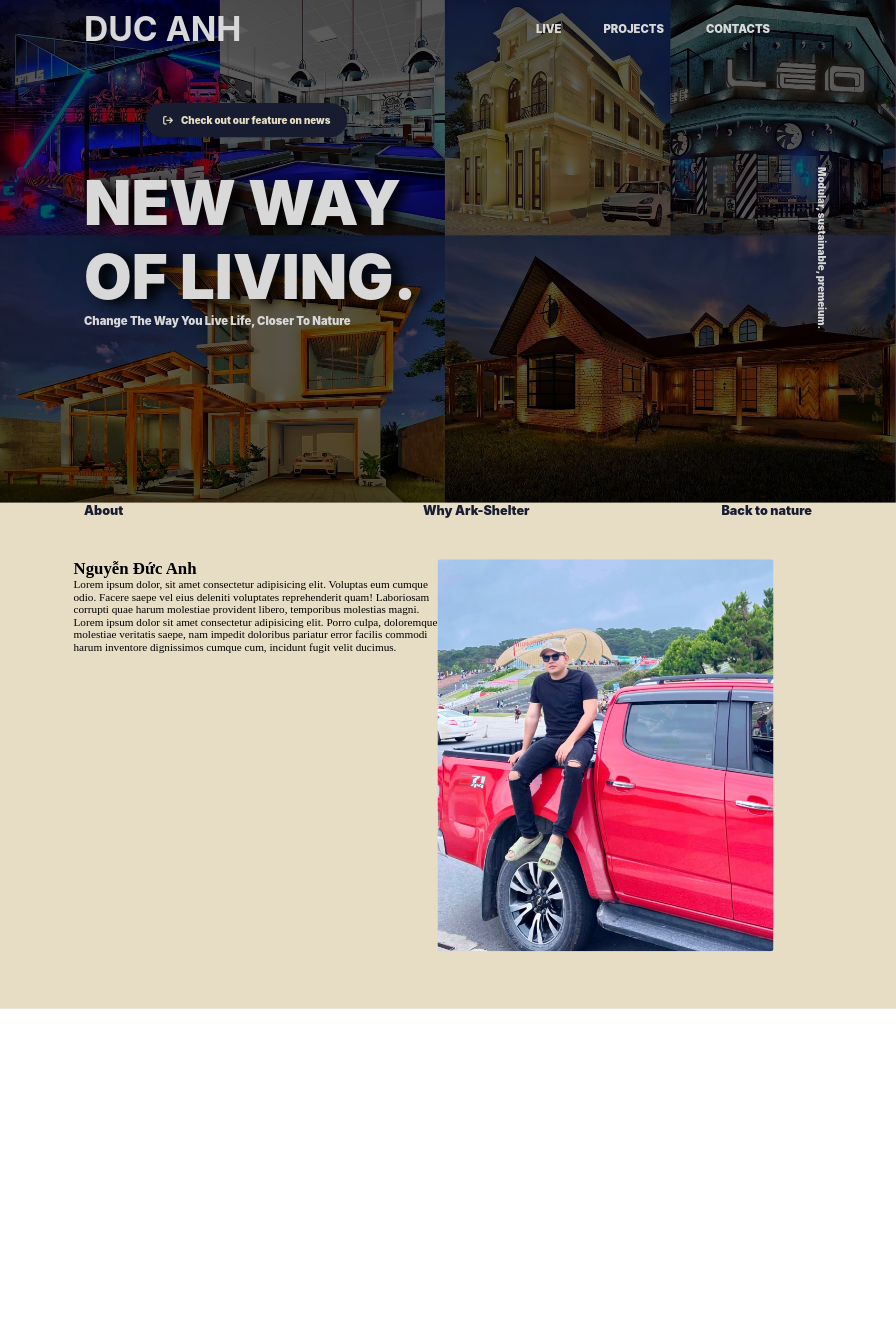
Repository: Ethanxcode/DucAnhNguyen
Page: index.html
These files come from the project's save history. The page is drawn as it stood at one moment and after the next save; the edit follows.
The browser window is 1280 px wide. The pictures show the part of the page from y = 0 to 1920 px (the page is 10000 px tall), at 70% of full size.

Above is the page before, as saved 2023-01-14 01:54:11.

### index.html
<!DOCTYPE html>
<html lang="en">
	<head>
		<meta charset="UTF-8" />
		<meta http-equiv="X-UA-Compatible" content="IE=edge" />
		<meta name="viewport" content="width=device-width, initial-scale=1.0" />
		<link rel="stylesheet" href="./style.css" />
		<link
			rel="stylesheet"
			href="https://cdnjs.cloudflare.com/ajax/libs/font-awesome/6.2.1/css/all.min.css"
		/>
		<!-- <link rel="stylesheet" type="text/css" href="/css/fonts.css" /> -->
		<title>DucAnhNguyen</title>
	</head>
	<body>
		<div id="root">
			<section class="container bgimage header">
				<div
					class="bg-image-holder"
					style="
						background-image: url(./Assets/241194850_2108411145980762_7904081432669109629_n.jpg);
					"
				></div>
				<nav class="navigation content-above">
					<ul class="headerMenu">
						<li>
							<a href=""><h2 class="textLogo">Duc Anh</h2></a>
						</li>
						<li class="subHeaderMenu">
							<ul>
								<li>
									<a href="#" class="inter-black-iron-16px">Live</a>
								</li>
								<li>
									<a href="#" class="inter-black-iron-16px">Projects</a>
								</li>
								<li>
									<a href="#" class="inter-black-iron-16px">Contacts</a>
								</li>
							</ul>
						</li>
					</ul>
				</nav>
				<nav class="heroSubNavigation">
					<button class="btn inter-black-almod-16px" style="margin-left: 88px">
						<i class="icon-margin-8px fa-solid fa-arrow-right-from-bracket"></i>
						Check out our feature on news
					</button>
					<h1 class="heroTitle">
						New way <br />
						of living.
					</h1>
					<p class="inter-black-iron-16px" style="text-transform: capitalize">
						change the way you live life, closer to nature
					</p>
					<p class="childrenSubNav">Modular, sustainable, premeium.</p>
				</nav>
			</section>

			<section class="AboutSection container content-above">
				<header class="HeaderSection">
					<ul class="HeaderSectionMenu">
						<li>
							<h4 class="inter-black-eerie-black-18px">About</h4>
						</li>
						<ul class="subSectionMenu">
							<li>
								<h4 class="inter-black-eerie-black-18px">Why Ark-Shelter</h4>
							</li>
							<li>
								<h4 class="inter-black-eerie-black-18px">Back to nature</h4>
							</li>
						</ul>
					</ul>
				</header>
				<div class="row Aboutcontent">
					<div class="col-half">
						<h1>Nguyễn Đức Anh</h1>
						<p>
							Lorem ipsum dolor, sit amet consectetur adipisicing elit. Voluptas
							eum cumque odio. Facere saepe vel eius deleniti voluptates
							reprehenderit quam! Laboriosam corrupti quae harum molestiae
							provident libero, temporibus molestias magni. Lorem ipsum dolor
							sit amet consectetur adipisicing elit. Porro culpa, doloremque
							molestiae veritatis saepe, nam impedit doloribus pariatur error
							facilis commodi harum inventore dignissimos cumque cum, incidunt
							fugit velit ducimus.
						</p>
					</div>
					<div class="col-half">
						<img
							src="./Assets/P1.jpg"
							alt=""
							style="
								height: 560px;
								width: 480px;
								object-fit: cover;
								border-radius: 4px;
							"
						/>
					</div>
				</div>
			</section>
		</div>
	</body>
</html>

### style.css
* {
	padding: 0;
	margin: 0;
	box-sizing: border-box;
}

html {
	height: 10000px;
}

:root {
	--custom-color-one: rgb(32, 45, 99, 01);
	--custom-color-two: rgb(232, 198, 113);
	--black: rgba(0, 0, 0, 1);
	--mirage: rgba(23, 28, 48, 1);
	--eerie-black: rgba(24, 29, 49, 1);
	--tundora-2: rgba(67, 66, 66, 0.8);
	--tundora: rgba(67, 66, 66, 0.8);
	--pablo: rgba(120, 113, 108, 1);
	--iron: rgba(216, 216, 216, 1);
	--almod: rgba(230, 221, 196, 1);

	--font-size-xxs: 16px;
	--font-size-xs: 22px;
	--font-size-s: 24px;
	--font-size-m: 28px;
	--font-size-l: 32px;
	--font-size-xl: 36px;
	--font-size-xxl: 48px;
	--font-size-xxxl: 128px;

	--font-family-inter: 'Inter';
	--font-family-roboto: 'Roboto';
}

.root {
	max-width: 1920px;
	max-height: 10000px;
}

.col {
	float: left;
	padding-left: 8px;
	padding-right: 8px;
}

.col-third {
	width: 33.33333%;
}

.col-half {
	width: 50%;
}

.col-full {
	width: 100%;
}

.col-sm-12 {
	position: relative;
	width: 100%;
	padding-right: 15px;
	padding-left: 15px;
}

.mt-8 {
	margin-top: 8px;
}

.mt-16 {
	margin-top: 16px;
}

.mt-32 {
	margin-top: 32px;
}

.row {
	display: flex;
	flex-wrap: wrap;
	width: 100%;
	margin-right: -15px;
	margin-left: -15px;
}

.first-sub-row {
	width: 100%;
	/* padding: 0 15px; */
	margin: 0 auto;
	flex: wrap;
	display: flex;
}

.second-sub-row {
	width: 100% !important;
	/* padding: 0 15px; */
	margin: 0 auto;
	justify-content: space-between;
}

/* Classes */
.inter-black-iron-16px {
	color: var(--iron);
	font-family: var(--font-family-inter);
	font-size: var(--font-size-xxs);
	font-weight: 900;
	font-style: normal;
	text-transform: uppercase;
	user-select: none;
}

.inter-black-iron-24px {
	color: var(--iron);
	font-family: var(--font-family-inter);
	font-size: var(--font-size-s);
	font-weight: 900;
	font-style: normal;
	user-select: none;
}

.inter-black-eerie-black-24px {
	color: var(--eerie-black);
	font-family: var(--font-family-inter);
	font-size: var(--font-size-s);
	font-weight: 900;
	font-style: normal;
}
.inter-black-eerie-black-18px {
	color: var(--eerie-black);
	font-family: var(--font-family-inter);
	font-size: 18px;
	font-weight: 900;
	font-style: normal;
}

.inter-black-eerie-black-16px {
	color: var(--eerie-black);
	font-family: var(--font-family-inter);
	font-size: 16px;
	font-weight: 900;
	font-style: normal;
}

.inter-medium-black-24px {
	color: var(--black);
	font-family: var(--font-family-inter);
	font-size: var(--font-size-s);
	font-weight: 500;
	font-style: normal;
}

.inter-medium-black-32px {
	color: var(--black);
	font-family: var(--font-family-inter);
	font-size: var(--font-size-l);
	font-weight: 500;
	font-style: normal;
}

.inter-medium-tundora-28px {
	color: var(--tundora);
	font-family: var(--font-family-roboto);
	font-size: var(--font-size-m);
	font-weight: 500;
	font-style: normal;
}

.inter-medium-tundora-28px-2 {
	color: var(--tundora-2);
	font-family: var(--font-family-inter);
	font-size: var(--font-size-m);
	font-weight: 500;
	font-style: normal;
}

.inter-medium-tundora-28px-2 {
	color: var(--tundora);
	font-family: var(--font-family-inter);
	font-size: var(--font-size-m);
	font-weight: 500;
	font-style: normal;
}

.btn {
	text-decoration: none;
	padding: 16px 24px;
	margin: 0;
	background-color: var(--mirage);
	color: var(--almod);
	font-weight: 500;
	display: inline-block;
	box-shadow: 0 4px 30px rgb(0 0 0 / 10%);
	transition: 0.3s ease;
	border: none;
	/* position: relative; */
	text-align: center;
	border-radius: 100px;
	font-family: var(--font-family-inter);
	font-size: 14px;
	font-weight: 900;
	font-style: normal;
}
.icon-margin-8px {
	margin-right: 8px;
}
.btn:hover {
	background-color: rgba(11, 16, 41, 0.85);
	color: rgb(233, 200, 117);
	cursor: pointer;
}

.btn:hover:before {
	opacity: 0.07;
	visibility: visible;
}

.btn:hover {
	/* color: #212529; */
	text-decoration: none;
}

.btn--xs {
	line-height: 42px;
	padding: 0 19px;
	font-size: 15px;
	margin: 0px 8px;
}

.btn--news-xs {
	line-height: 36px;
	padding: 6px 20px;
	font-size: 15px;
}

.btn--news-xs > a {
	line-height: 36px;
	/* padding: 4px 16px; */
	font-size: 20px;
	color: #fff;
	font-weight: 400;
}

.news-btn {
	margin-top: 16px;
}

.btn-form--xs {
	line-height: 36px;
	padding: 0 19px;
	font-size: 15px;
}

.btn--lg,
.btn-lg {
	line-height: 55px;
	font-size: 16px;
	min-width: 195px;
}

.heroTitle {
	color: var(--iron);
	font-family: var(--font-family-inter);
	font-size: 88px;
	font-weight: 900;
	letter-spacing: 0;
	line-height: normal;
	margin-top: 40px;
	min-height: 150px;
	text-transform: uppercase;
	/* width: 752px; */
	text-shadow: 14px 4px 16px #000;
	user-select: none;
}

.textLogo {
	text-transform: uppercase;
	color: var(--iron);
	font-family: var(--font-family-inter);
	font-size: var(--font-size-xxl);
	font-weight: 900px;
	letter-spacing: 0;
	line-height: normal;
	/* min-height: 94px; */
	/* min-width: 334px; */
	user-select: none;
}

.container {
	width: 100%;
	padding-right: 120px;
	padding-left: 120px;
	margin-right: auto;
	margin-left: auto;
}

.content-above {
	position: relative;
	z-index: 2;
	user-select: none;
}

.bg-image-holder {
	position: absolute;
	height: 100%;
	width: 100%;
	top: 0;
	left: 0;
	background-size: cover;
	/* background-position: 50% 50% !important; */
	z-index: 0;
	filter: brightness(36%) contrast(100%) saturate(180%);
	box-shadow: inset 0px -36px 100px rgba(0, 0, 0, 0.25);
	-webkit-backdrop-filter: brightness(36%) contrast(100%) saturate(180%);
	/* scale: (5px); */
	/* -webkit-transition: opacity 0.3s linear; */
}

.navigation {
	margin-bottom: 64px;
}

.heroSubNavigation {
	width: 100%;
	position: relative;
}

/* .navigation .subNavigation {
	display: table;
	vertical-align: middle;
	text-align: center;
	width: 100%;
	height: 100%;
} */

.childrenSubNav {
	color: var(--iron);
	font-family: var(--font-family-inter);
	font-size: 14px;
	font-weight: 900;
	position: absolute;
	/* margin-bottom: 61px; */
	margin-right: -130px;
	/* min-height: 27px; */
	/* min-width: 360px; */
	transform: rotate(90deg);
	/* position: relative; */
	right: 0;
	top: 62%;
}

.hero-area .hero-content .content-wrapper {
	display: table-cell;
	vertical-align: middle;
}

.headerMenu {
	align-items: center;
	display: flex;
	justify-content: space-between;
}

.headerMenu > li {
	display: inline-block;
	/* padding: 12px 0; */
	/* margin-right: 30px; */
	list-style: none;
}

a {
	text-decoration: none;
}

li {
	list-style: none;
}

.subHeaderMenu > ul {
	flex-direction: row;
	display: flex;
}

.subHeaderMenu > ul > li {
	list-style: none;
	line-height: 34px;
	margin-right: 60px;
	padding: 24px 0;
}

subHeaderMenu > ul > li > a {
	/* gap: 0.5em; */
	text-decoration: none;
}

.subHeaderMenu > ul > li > a:hover {
	cursor: pointer;
	gap: 0.5em;
	color: var(--pablo);
	/* background-color: #fffd; */
	/* backdrop-filter: blur(10px) saturate(160%) contrast(180%); */
}

.header {
	height: 678px;
}

.AboutSection {
	background-color: var(--almod);
	height: 723px;
	/* position: relative; */
	width: 100%;
}

.section-margin-top {
	margin-top: 220px;
}

.bgimage:before {
	z-index: 1;
}

.AboutSection {
	/* display: flex; */
	/* width: 100%; */
}

.HeaderSection {
}

.HeaderSectionMenu {
	margin-top: 40px;
	align-items: center;
	display: flex;
	justify-content: space-between;
}

.subSectionMenu {
	align-items: center;
	display: flex;

	justify-content: space-around;
}
.subSectionMenu > li:first-child {
	margin-right: 274px;
}

.HeaderSectionMenu > li {
}

.Aboutcontent {
	margin-top: 60px;
}

After the next save:
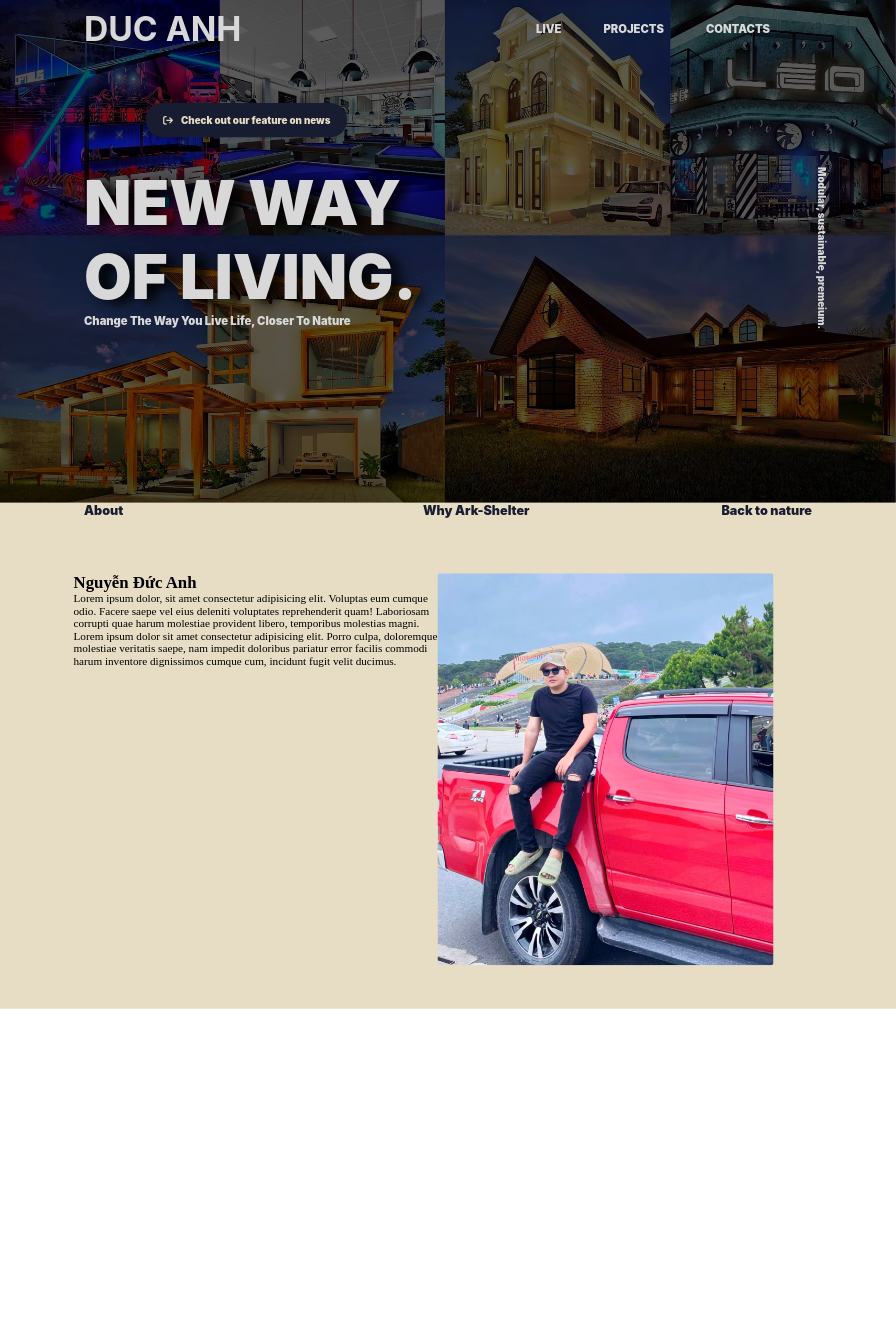
Saved 6 s later.
--- a/style.css
+++ b/style.css
@@ -447,5 +447,5 @@ subHeaderMenu > ul > li > a {
 }
 
 .Aboutcontent {
-	margin-top: 60px;
-}
+	margin-top: 80px;
+}
